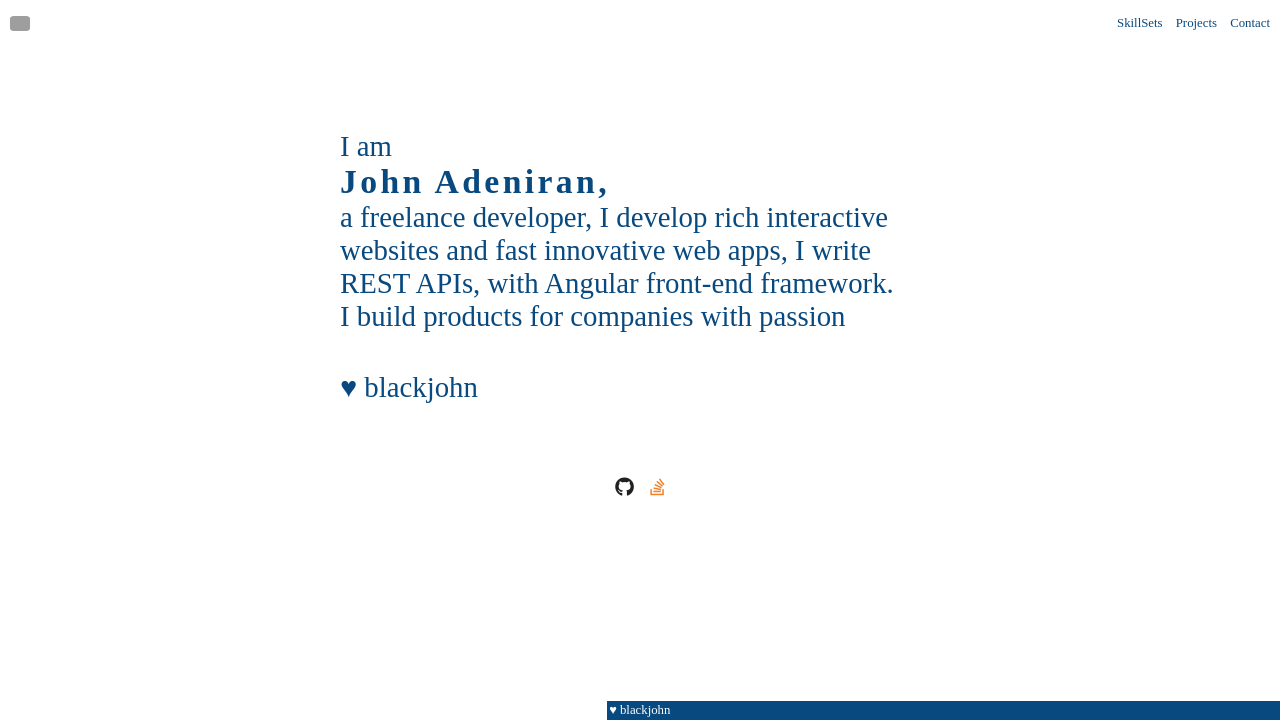
Repository: adeniranjohn/adeniranjohn.github.io
Page: index.html
An editor plug-in stored every save of this project. The page is shown before and after the next save, followed by the edit.
The browser window is 1280 px wide. The pictures show the whole page.
Pictures or frames that could not be fetched are drawn as grey boxes. Some web libraries are served in a nearby version.

Above is the page before, as saved 2021-04-04 14:09:29.

After the next save:
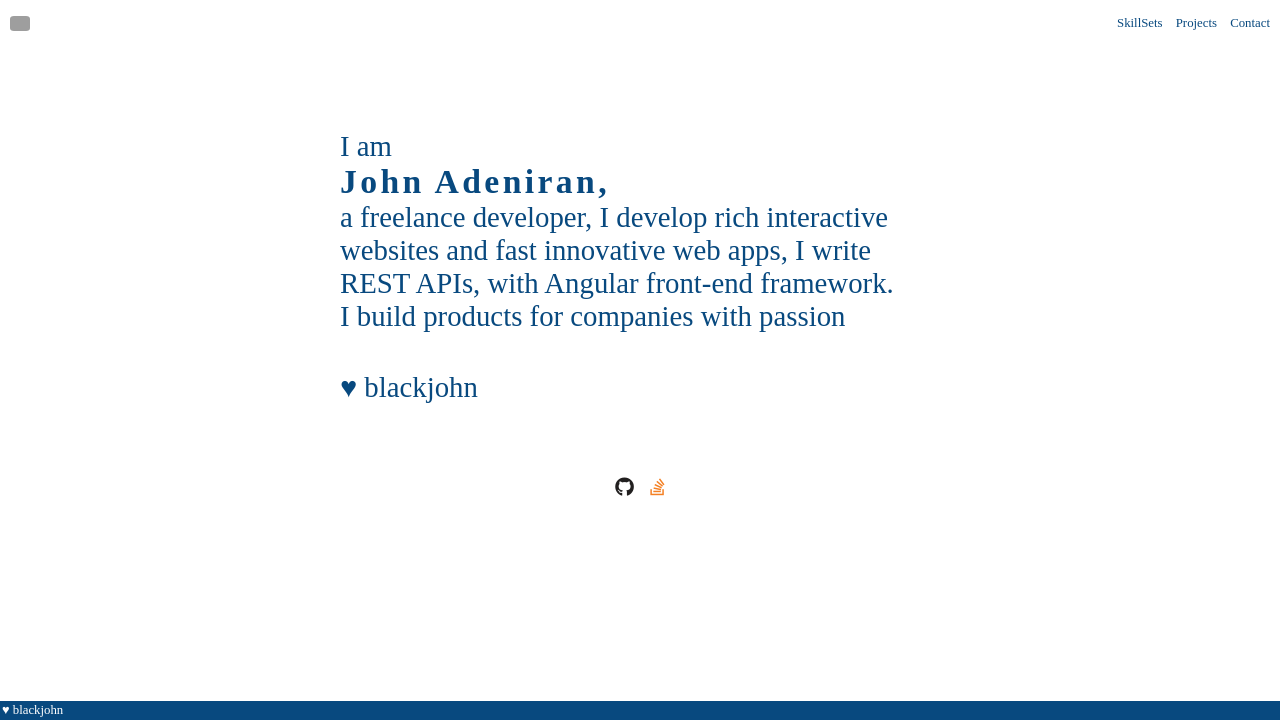
Saved 4 s later.
--- a/index.html
+++ b/index.html
@@ -63,7 +63,7 @@
                             aria-label="StackOverFlow"><i class="fab fa-stack-overflow" alt="StackOverflow"></i></a>
                     </li>
                     <!--<li><a href="https://codepen.io/jasolajohn" alt="Codepen" target="_blank" rel="noopener"
-                            aria-label="Codepen"><i class="fab fa-codepen"></i></a></li>
+                            aria-label="Codepen"><i class="fab fa-codepen"></i></a></li>-->
                 </ul>
 
             </section>
